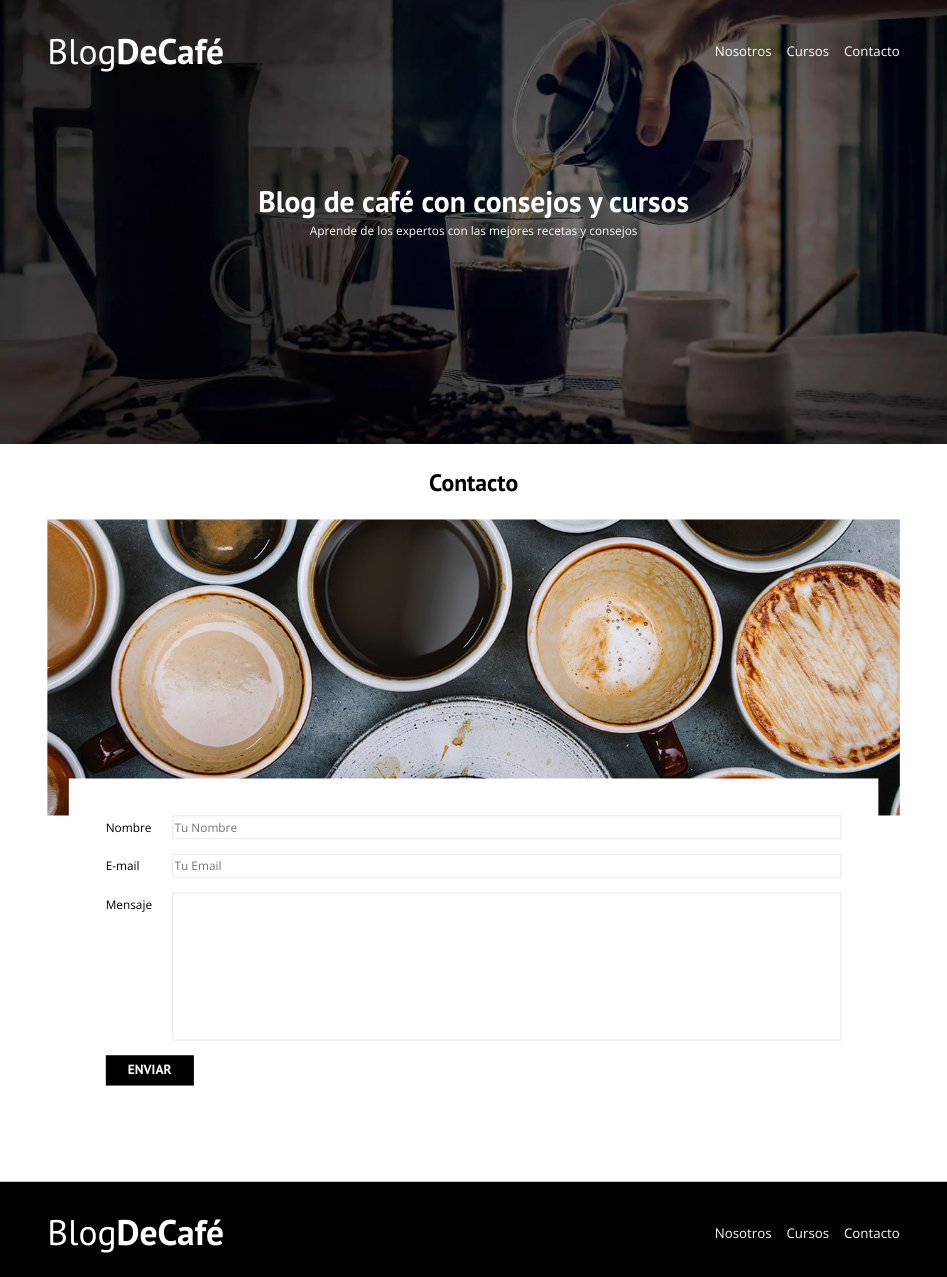
Repository: araque1990/blog_de_cafe
Page: contacto.html
The author's editor kept a copy of each file at every save. The page is drawn from the files as they stood at one save, then again after the next save.
The browser window is 1280 px wide. The pictures show the whole page, at 74% of full size.

Above is the page before, as saved 2023-01-22 17:01:23.

### contacto.html
<!DOCTYPE html>
<html lang="es">
<head>
  <meta charset="UTF-8">
  <meta http-equiv="X-UA-Compatible" content="IE=edge">
  <meta name="viewport" content="width=device-width, initial-scale=1.0">
  <title>Blog de Café</title>
  <link rel="stylesheet" href="css/normalize.css">
  <link rel="preconnect" href="https://fonts.googleapis.com"><link rel="preconnect" href="https://fonts.gstatic.com" crossorigin><link href="https://fonts.googleapis.com/css2?family=Open+Sans&family=PT+Sans:wght@400;700&display=swap" rel="stylesheet">
  <link rel="stylesheet" href="css/styles.css">
</head>
<body>

  <header class="header">
    <div class="contenedor">
      <div class="barra">
        <a class="logo" href="index.html">
          <h1 class="logo__nombre no-margin centrar-texto">Blog<span class="logo__bold">DeCafé</span></h1>
        </a>

        <nav class="navegacion">
          <a href="nosotros.html" class="navegacion__enlace">Nosotros</a>
          <a href="cursos.html" class="navegacion__enlace">Cursos</a>
          <a href="contacto.html" class="navegacion__enlace">Contacto</a>
        </nav>
      </div>
    </div>
    <div class="header__texto">
      <h2 class="no-margin">Blog de café con consejos y cursos</h2>
      <p class="no-margin">Aprende de los expertos con las mejores recetas y consejos</p>
    </div>
  </header>

  <main class="contenedor">
    <h3 class="centrar-texto">Contacto</h3>

    <div class="contacto-bg"></div>

    <form class="formulario">
      <div class="campo">
        <label class="campo__label" for="nombre">Nombre</label>
        <input class="campo__field" type="text" id="nombre" placeholder="Tu Nombre" required>
      </div>

      <div class="campo">
        <label class="campo__label" for="correo">E-mail</label>
        <input class="campo__field" type="email" id="correo" placeholder="Tu Email" required>
      </div>

      <div class="campo">
        <label class="campo__label" for="mensaje">Mensaje</label>
        <input class="campo__field campo__field--textarea" type="textarea" id="mensaje">
      </div>

      <div class="campo">
        <input type="submit" value="Enviar" class="boton boton--primario">
      </div>
    </form>

  </main>

  <footer class="footer">
    <div class="contenedor">
      <div class="barra">
        <a class="logo" href="index.html">
          <h1 class="logo__nombre no-margin centrar-texto">Blog<span class="logo__bold">DeCafé</span></h1>
        </a>

        <nav class="navegacion">
          <a href="nosotros.html" class="navegacion__enlace">Nosotros</a>
          <a href="cursos.html" class="navegacion__enlace">Cursos</a>
          <a href="contacto.html" class="navegacion__enlace">Contacto</a>
        </nav>
      </div>
    </div>
  </footer>
  <script src="js/modernizr.js"></script>
  <script src="js/scripts.js"></script>
</body>
</html>

### css/styles.css
:root {
  --fuenteHeading: 'PT Sans', sans-serif;
  --fuenteParrafos: 'Open Sans', sans-serif;

  --secundario: #784D3C;
  --gris: #E1E1E1;
  --blanco: #FFF;
  --negro: #000;
}
html {
  box-sizing: border-box;
  font-size: 62.5%;
}
*, *:before, *:after {
  box-sizing: inherit;
}
body {
  font-family: var(--fuenteParrafos);
  font-size: 1.6rem;
  line-height: 2;
}

/* Globales */
.contenedor {
  max-width: 120rem;
  width: 90%;
  /* width: min(90%, 120rem); //ESTO ES LO MISMO QUE LOS DOS ATRIBUTOS DE ARRIBA */
  margin: 0 auto;
}
a {
  text-decoration: none;
}
h1, h2, h3, h4 {
  font-family: var(--fuenteHeading);
  line-height: 1.2;
}
h1 {
  font-size: 4.8rem;
}
h2 {
  font-size: 4rem;
}
h3 {
  font-size: 3.2rem;
}
h4 {
  font-size: 2.8rem;
}
img {
  max-width: 100%;
}

/* Utilidades */
.no-margin {
  margin: 0;
}
.no-padding {
  padding: 0;
}
.centrar-texto {
  text-align: center;
}

/* Header */
.webp .header {
  background-image: url(../img/banner.webp);
}
.nowebp .header {
  background-image: url(../img/banner.jpg);
}
.header {
  height: 60rem;
  background-size: cover;
  background-repeat: no-repeat;
  background-position: center center;
}
.header__texto {
  text-align: center;
  color: var(--blanco);
  margin-top: 5rem;
}

@media (min-width: 768px) {
  .header__texto {
    margin-top: 15rem;
  }
}

@media (min-width: 768px) {
  .barra {
    display: flex;
    justify-content: space-between;
    align-items: center;
  }
}
.barra {
  padding-top: 4rem;
}
.logo {
  color: var(--blanco);
}
.logo__nombre {
  font-weight: 400;
}
.logo__bold {
  font-weight: 700;
}

@media (min-width: 768px) {
  .navegacion {
    display: flex;
    gap: 2rem;
  }
}
.navegacion__enlace {
  display: block;
  text-align: center;
  font-size: 1.8rem;
  color: var(--blanco);
}

@media (min-width: 768px) {
  .contenido-principal {
    display: grid;
    grid-template-columns: 2fr 1fr;
    column-gap: 4rem;
  }
}

.entrada {
  border-bottom: 1px solid var(--gris);
  margin-bottom: 2rem;
}
.entrada:last-of-type {
  border: none;
  margin-bottom: 0;
}
.boton {
  display: block;
  font-family: var(--fuenteHeading);
  color: var(--blanco);
  text-align: center;
  padding: 1rem 3rem;
  font-size: 1.8rem;
  text-transform: uppercase;
  font-weight: 700;
  margin-bottom: 2rem;
  border: none;
}
@media (min-width: 768px) {
  .boton {
    display: inline-block;
  }
}
.boton:hover {
  cursor: pointer;
}
.boton--primario {
  background-color: var(--negro);
}
.boton--secundario {
  background-color: var(--secundario);
}

.cursos {
  list-style: none;
}

.widget-curso {
  border-bottom: 1px solid var(--gris);
  margin-bottom: 2rem;
}
.widget-curso:last-of-type {
  border: none;
  margin-bottom: 0;
}
.widget-curso__label {
  font-family: var(--fuenteHeading);
  font-weight: 700;
}
.widget-curso__info {
  font-weight: 400;
}
.widget-curso__info, .widget-curso__label {
  font-size: 2rem;
}

.footer {
  background-color: var(--negro);
  padding-bottom: 3rem;
  margin-top: 4rem;
}

/* Sobre Nosotros */
@media (min-width: 768px) {
  .sobre-nosotros {
    display: grid;
    grid-template-columns: repeat(2, 1fr);
    column-gap: 2rem;
  }
}

.curso {
  padding: 3rem 0;
  border-bottom: 1px solid var(--gris);
}
@media (min-width: 768px) {
  .curso{
    display: grid;
    grid-template-columns: 1fr 2fr;
    column-gap: 2rem;
  }
}
.curso:last-of-type {
  border: none;
}

/* NOTA: podemos simplemente añadir estas clases a los estilos de widget correspodientes para evitar duplicidades. */
.curso__label {
  font-family: var(--fuenteHeading);
  font-weight: 700;
}
.curso__info {
  font-weight: 400;
}
.curso__info, .curso__label {
  font-size: 2rem;
}

/* Contacto */
.contacto-bg {
  background-image: url(../img/contacto.jpg);
  height: 40rem;
  background-size: cover;
  background-repeat: no-repeat;
}
.formulario {
  background-color: var(--blanco);
  margin: -5rem auto 0 auto;
  width: 95%;
  padding: 5rem;
}
.campo{
  display: flex;
  margin-bottom: 2rem;

}
.campo__label{
  flex: 0 0 9rem;
}
.campo__field {
  flex: 1;
  border: 1px solid var(--gris);
}

.campo__field--textarea{
  height: 20rem;
}

### js/scripts.js
console.log('Funcionando...')

Loaded but not shown: css/normalize.css (library); js/modernizr.js (library)

After the next save:
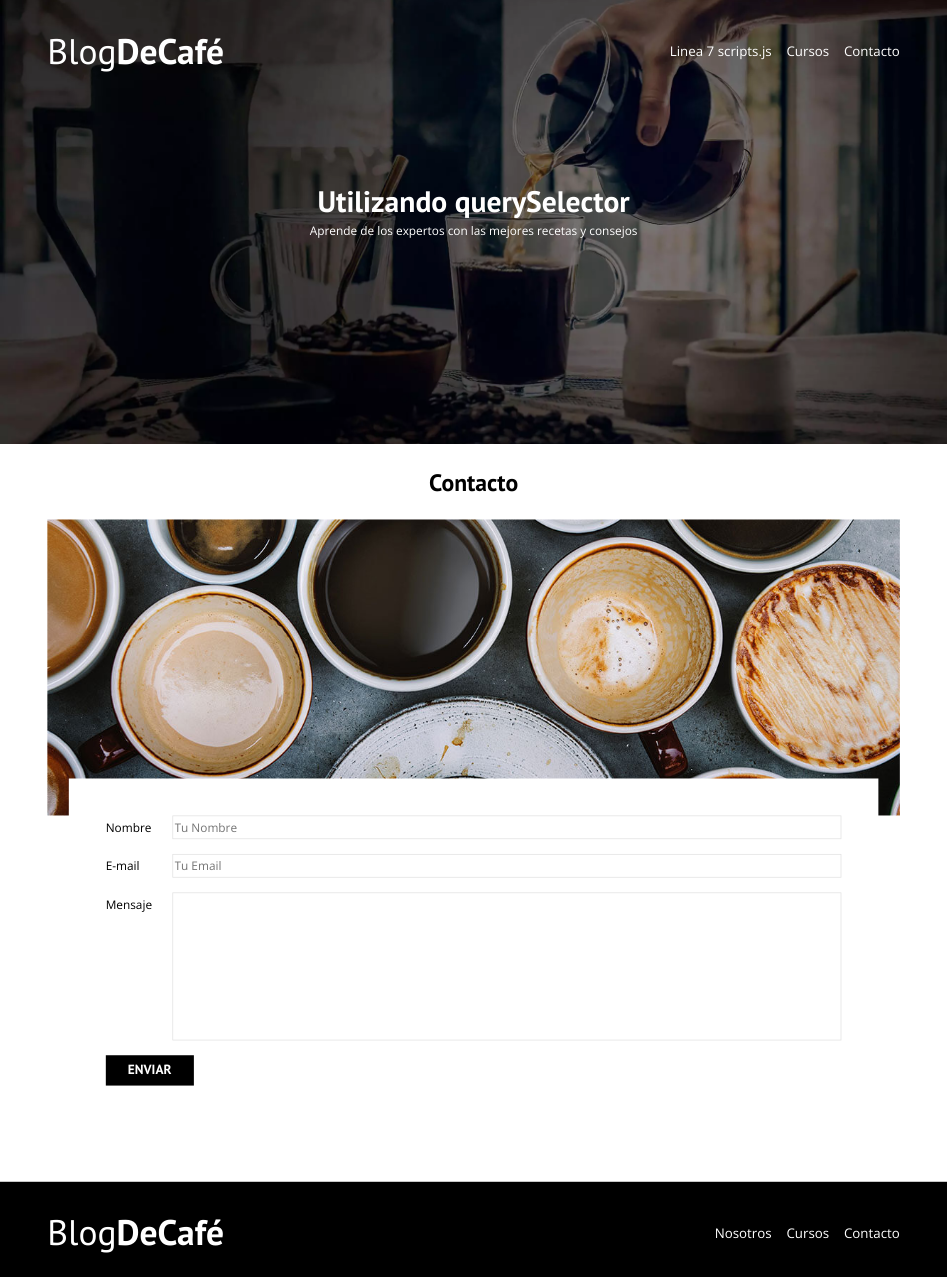
Saved 3 h 40 min later.
--- a/js/scripts.js
+++ b/js/scripts.js
@@ -1 +1,16 @@
-console.log('Funcionando...')
+// querySelector
+const heading = document.querySelector('.header__texto h2');
+heading.textContent = 'Utilizando querySelector';
+
+// querySelectorAll
+const enlaces = document.querySelectorAll('.navegacion a');
+enlaces[0].textContent = 'Linea 7 scripts.js';
+enlaces[0].classList.add('nueva-clase');
+
+
+// Generar un nuevo enlace
+const nuevoEnlace = document.createElement('A');
+
+
+
+console.log(nuevoEnlace)
